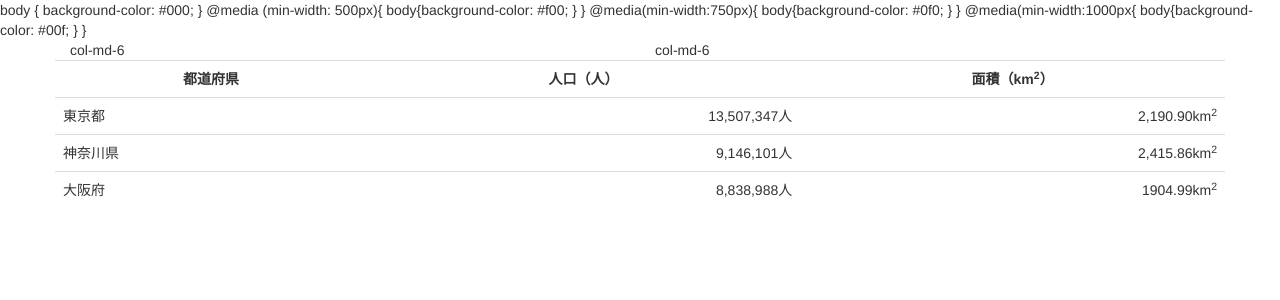
Repository: tooka0115/dab
Page: bootstrap_lesson.html
The author's editor kept a record of every edit. The page is drawn from the files as they stood at one moment, then again after the next edit.
The browser window is 1280 px wide. The pictures show the whole page.

Above is the page before.

After the next edit:
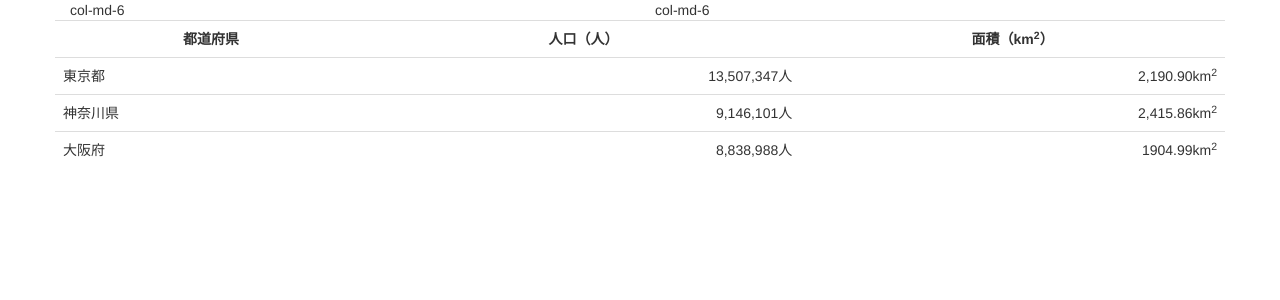
The edit:
--- a/bootstrap_lesson.html
+++ b/bootstrap_lesson.html
@@ -26,30 +26,13 @@
     </head>
 
     <body>
-        body {
-          background-color: #000;
-        }
-
-
-        @media (min-width: 500px){
-            body{background-color: #f00;
-            }
-        }
-
-        @media(min-width:750px){
-            body{background-color: #0f0;
-            }
-        }
-
-        @media(min-width:1000px{
-            body{background-color: #00f;
-            }
-        }
 
         <div class="container">
             <div class="row">
                 <div class="col-md-6">col-md-6</div>
                 <div class="col-md-6">col-md-6</div>
+
+
 
 <table class="table">
     <tr>
